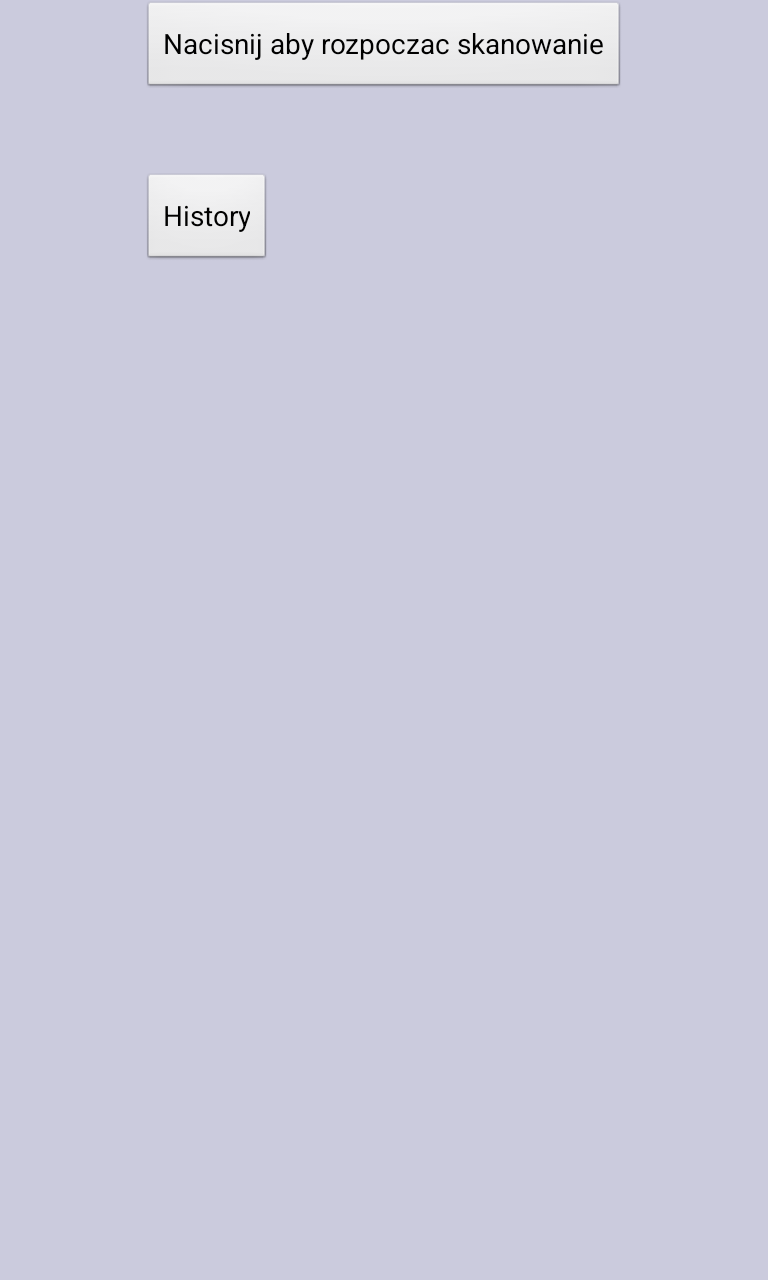
Repository: marooned071/ProjektZespolowy
Layout: android/qrpoll/res/layout/activity_main.xml
These files come from the project's save history. The layout is drawn as it stood at one moment and after the next save; the edit follows.
It is drawn on a 768 x 1280 px phone screen (xhdpi) without system bars, with theme CustomTheme; the app's code is not run.

Above is the layout before, as saved 2014-05-20 12:55:18.

### android/qrpoll/res/layout/activity_main.xml
<RelativeLayout xmlns:android="http://schemas.android.com/apk/res/android"
    xmlns:tools="http://schemas.android.com/tools"
    android:layout_width="match_parent"
    android:background="#cbcbdd"
    android:layout_height="match_parent" >
    <Button android:id="@+id/scan_button"
        android:layout_width="wrap_content"
        android:layout_height="wrap_content"
        android:layout_centerHorizontal="true"
        android:text="@string/scan" />


    <TextView
    android:id="@+id/scan_format"
    android:layout_width="wrap_content"
    android:layout_height="wrap_content"
    android:textIsSelectable="true"
    android:layout_centerHorizontal="true"
    android:layout_below="@id/scan_button" />
<TextView
    android:id="@+id/scan_content"
    android:layout_width="wrap_content"
    android:layout_height="wrap_content"
    android:textIsSelectable="true"
    android:layout_centerHorizontal="true"
    android:layout_below="@id/scan_format" />

<Button
    android:id="@+id/button1"
    android:layout_width="wrap_content"
    android:layout_height="wrap_content"
    android:layout_alignLeft="@+id/scan_button"
    android:layout_below="@+id/scan_content"
    android:text="History" />

</RelativeLayout>

### android/qrpoll/res/values/custom_style.xml
<?xml version="1.0" encoding="utf-8"?>
<resources xmlns:android="http://schemas.android.com/apk/res/android">
	<style name="CustomWindowTitleBackground">
	    	<item name="android:background">#437799</item>
	</style>
	<style name="CustomTheme" parent="android:Theme">
	    <item name="android:windowTitleSize">35dip</item>
	    <item name="android:windowTitleBackgroundStyle">@style/CustomWindowTitleBackground</item>
	    <item name="android:background">#FFFFFF</item>
	</style>
</resources>

### android/qrpoll/res/values/strings.xml
<?xml version="1.0" encoding="utf-8"?>
<resources>

    <string name="app_name">qrpoll</string>
    <string name="hello_world">Hello world!</string>
    <string name="action_settings">Historia</string>
    <string name="scan">Nacisnij aby rozpoczac skanowanie</string>
    <string name="title_activity_poll">PollActivity</string>
    <string name="textView_versionLabel">Version</string>
    <string name="poll_textViewVersionLabelStirng">Version</string>
    <string name="title_activity_history_layout">HistoryLayout</string>
    <string name="history">History</string>
    <string name="title_activity_layout">LayoutActivity</string>
	<string name="mv_subject">Annual Summary 2015</string>
	<string name="mv_organisator">George Boogie</string>
	<string name="mv_location_details">Annual Summary 2015</string>
	<string name="mv_length">Length: 95 min</string>
</resources>

After the next save:
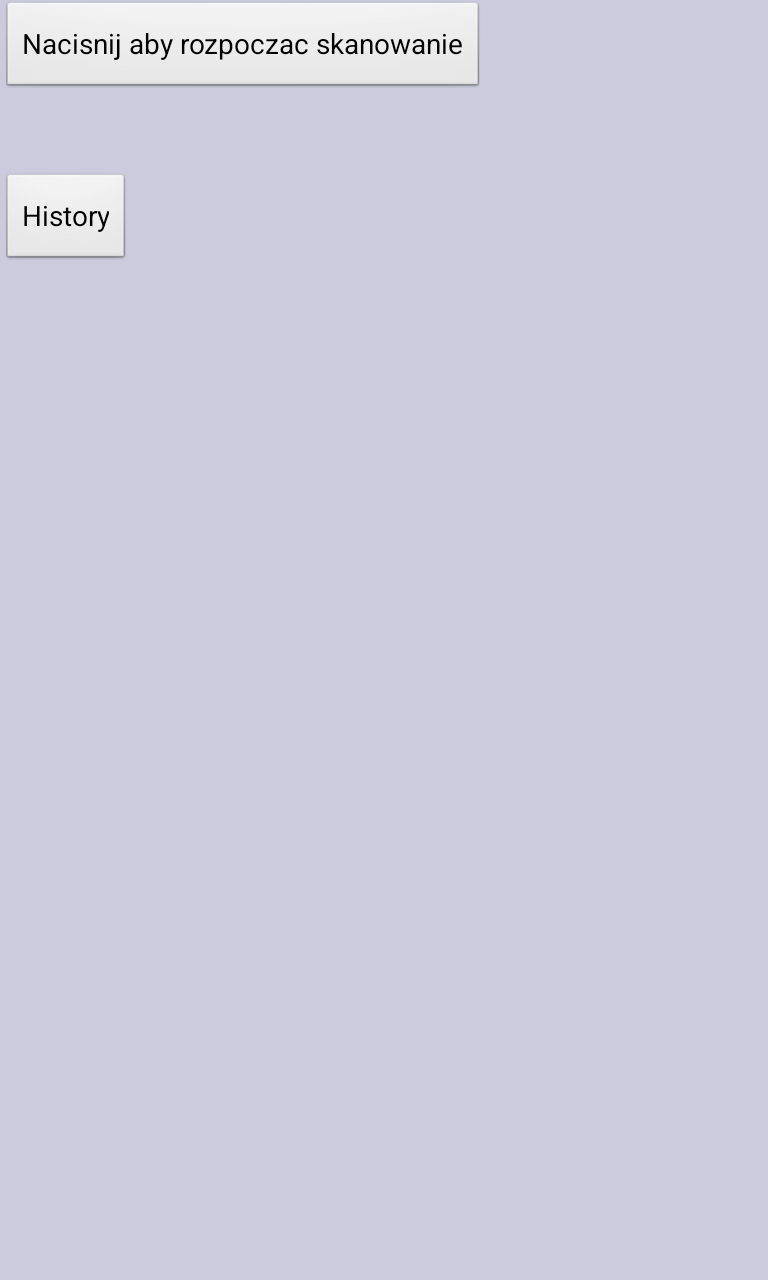
Saved 3 min 33 s later.
--- a/android/qrpoll/res/layout/activity_main.xml
+++ b/android/qrpoll/res/layout/activity_main.xml
@@ -1,7 +1,8 @@
-<RelativeLayout xmlns:android="http://schemas.android.com/apk/res/android"
+<GridLayout xmlns:android="http://schemas.android.com/apk/res/android"
     xmlns:tools="http://schemas.android.com/tools"
     android:layout_width="match_parent"
     android:background="#cbcbdd"
+    android:columnCount="1"
     android:layout_height="match_parent" >
     <Button android:id="@+id/scan_button"
         android:layout_width="wrap_content"
@@ -33,4 +34,4 @@
     android:layout_below="@+id/scan_content"
     android:text="History" />
 
-</RelativeLayout>
+</GridLayout>
